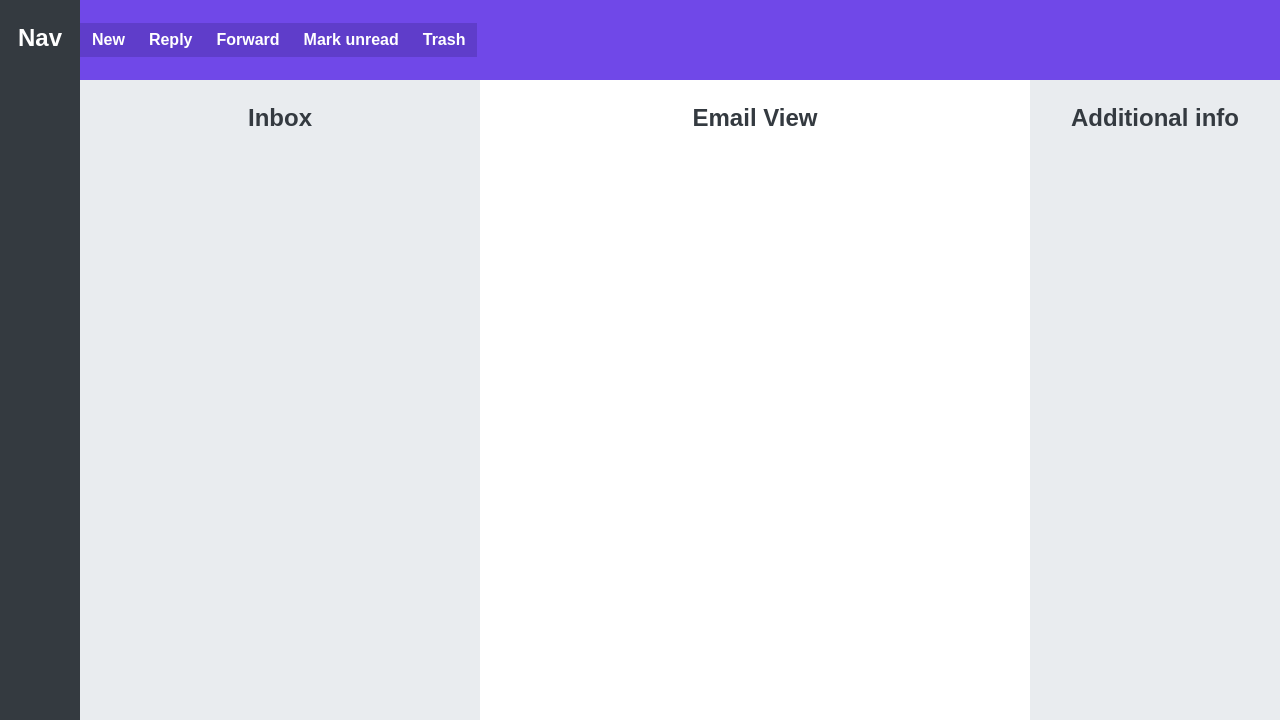
Repository: sunny070/CSS
Page: HTML and CSS some of the important components/06_app-layout.html
These files come from the project's save history. The page is drawn as it stood at one moment and after the next save; the edit follows.
The browser window is 1280 px wide. The pictures show the whole page.

Above is the page before, as saved 2023-11-17 14:00:44.

### HTML and CSS some of the important components/06_app-layout.html
<!DOCTYPE html>
<html lang="en">
<head>
    <meta charset="UTF-8">
    <meta name="viewport" content="width=device-width, initial-scale=1.0">
    <title>App Layout</title>
    <style>
        *{
            margin: 0;
            padding: 0;
            box-sizing: border-box;
        }
        body{
            font-family: sans-serif;
            color:#343a40;
            font-size: 24px;
            height: 100vh;
            text-align: center;
            font-weight:bold;
            display: grid;
            grid-template-columns: 80px 400px 1fr 250px;
            grid-template-rows: 80px 1fr;
        }
        nav,section,main,aside{
            padding-top:24px
        }
        nav{
            background-color:#343a40 ;
            color:#fff;
            grid-row: 1/-1;
        }
        menu{
            background-color:#7048e8;
            grid-column: 2/-1;
            display: flex;
            align-items: center;
            gap: 16;
        }
        button{
            display: inline-block;
            font-size: 16px;
            font-weight: bold;
            background-color:#5f3dca;
            border: none;
            cursor: pointer;
            color:#fff ;
            padding: 8px 12px;
        }
        section{
            background-color:#e9ecef;
        }
        aside{
            background-color:#e9ecef;
        }
    </style>
</head>
<body>
    <nav>Nav</nav>
    <menu>
        <button>New</button>
        <button>Reply</button>
        <button>Forward</button>
        <button>Mark unread</button>
        <button>Trash</button>
    </menu>
    <section>Inbox</section>
    <main>Email View</main>
    <aside>Additional info</aside>
</body>
</html>

After the next save:
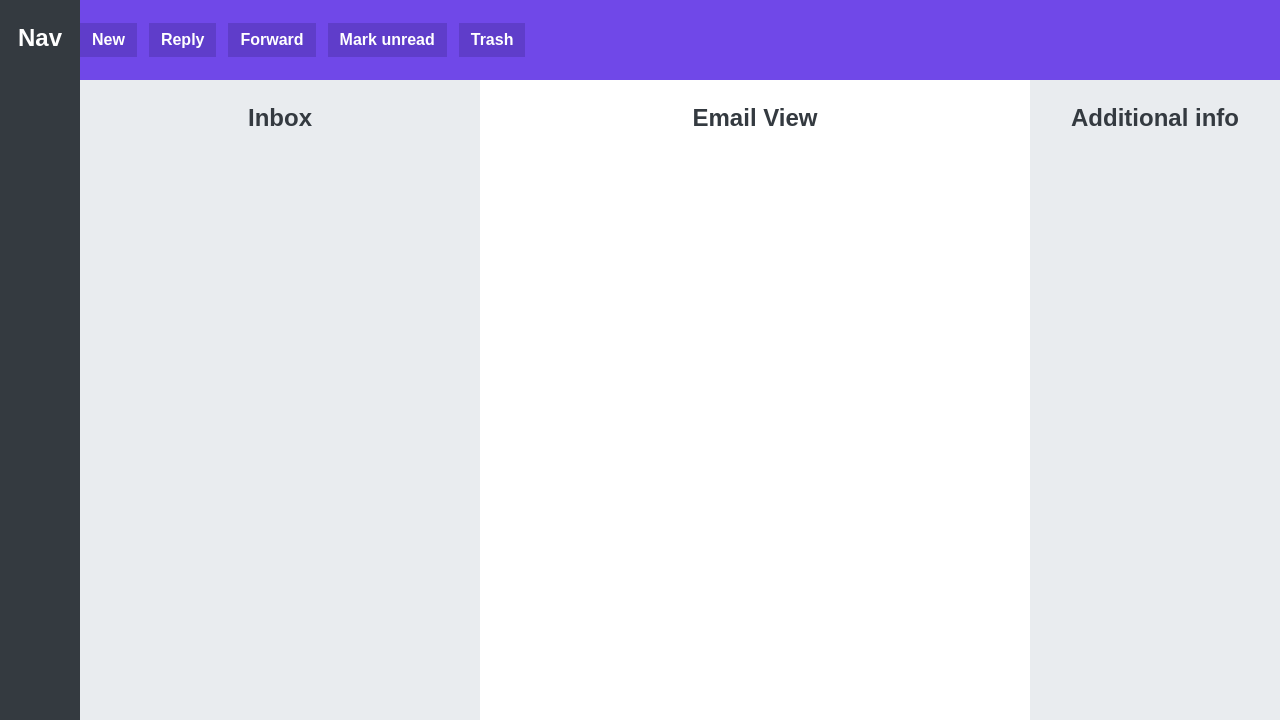
Saved 4 s later.
--- a/HTML and CSS some of the important components/06_app-layout.html
+++ b/HTML and CSS some of the important components/06_app-layout.html
@@ -34,7 +34,7 @@
             grid-column: 2/-1;
             display: flex;
             align-items: center;
-            gap: 16;
+            gap: 12px;
         }
         button{
             display: inline-block;
